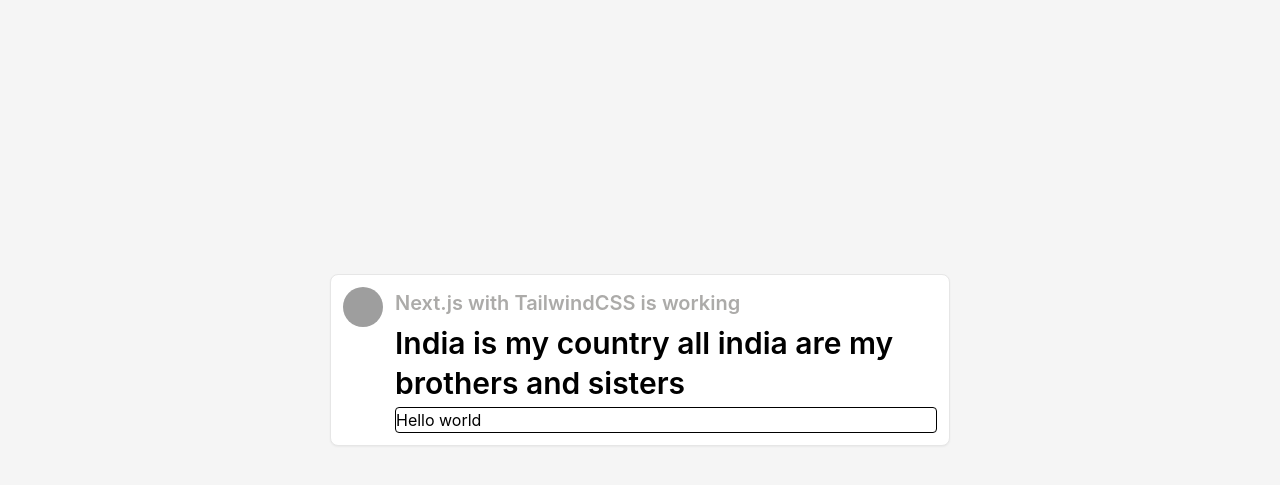
Repository: vignesh33654/resizablesidebar
Page: /
The author's editor kept a copy of each file at every save. The page is drawn from the files as they stood at one save, then again after the next save.
The browser window is 1280 px wide. The pictures show the whole page.
The project was rebuilt for these pictures with package versions that can differ from the ones it lists, and the page was loaded fresh each time.

Above is the page before, as saved 2025-11-11 10:39:29.

### index.html
<!doctype html>
<html lang="en">
  <head>
    <meta charset="UTF-8" />
    <link rel="icon" type="image/svg+xml" href="/vite.svg" />
    <meta name="viewport" content="width=device-width, initial-scale=1.0" />
    <title>ai-app</title>
  </head>
  <body>
    <div id="root"></div>
    <script type="module" src="/src/main.tsx"></script>
  </body>
</html>

### src/index.css
@import "tailwindcss";

@theme {

  --color-text-Primary: #37352f;
  --color-text-Secondary: #898986;
  --color-text-Tertiary: #acaba9;
  --color-text-Disabled: #d5d5d4;
  --color-text-white: #ffffff;

  /* Border Colors */
  --color-border-Primary: #e6e6e6;

  /* Background Colors */
  --color-Bg-0: #ffffff;
  --color-Bg-1: #f5f5f5;
  --color-Bg-2: #f1f0f1;

  /* Primitive Colors */
  --color-color-primary: #0d99ff;
  --color-color-success: #14ae5c;
  --color-color-failure: #f24822;
  --color-color-warning: #ffcd29;

  /* Font Sizes */
  --font-size-h1: 30px;
  --font-size-h2: 24px;
  --font-size-h3: 20px;
  --font-size-body-16: 16px;
  --font-size-body-14: 14px;
  --font-size-body-13: 13px;
  --font-size-small-12: 12px;
  --font-size-small-11: 11px;
  --font-size-small-10: 10px;

  /* Line Heights */
  --line-height-h1: 40px;
  --line-height-h2: 32px;
  --line-height-h3: 32px;
  --line-height-body: 24px;
  --line-height-small: 16px;

  /* Shadows */
  --shadow-sm: 0 1px 2px #0000000d;
  --shadow-md: 0 4px 6px #0000001a;
  --shadow-lg: 0 10px 15px #00000026;

}

/* default css styles */
:root {
  font-family: inter, system-ui;
  background-color: #ffffff;

  font-synthesis: none;
  text-rendering: optimizeLegibility;
  -webkit-font-smoothing: antialiased;
  -moz-osx-font-smoothing: grayscale;

   h1 {
    font-size: var(--font-size-h1);
    line-height: var(--line-height-h1);
    letter-spacing: -2.1%;
    font-weight: 600;
  }

  h2 {
    font-size: var(--font-size-h2);
    line-height: var(--line-height-h2);
    letter-spacing: -1.9%;
    font-weight: 600;
  }

  h3 {
    font-size: var(--font-size-h3);
    line-height: var(--line-height-h3);
    letter-spacing: -1.7%;
    font-weight: 600;
  }

  p {
    font-size: var(--font-size-body-16);
    line-height: var(--line-height-body);
    letter-spacing: -1.1%;
    font-weight: 400;
  }

  text-color {
    --primary: var(--color-text-Primary);
    --secondary: var(--color-text-Secondary);
   --tertiary: var(--color-text-Tertiary);
   --disabled: var(--color-text-Disabled);
   --white: var(--color-text-white);
  }

  bg-color {
    --bg0: var(--color-Bg-0);
    --bg1: var(--color-Bg-1);
    --bg2: var(--color-Bg-2);
    --primary: var(--color-color-primary);
    --success: var(--color-color-success);
    --failure: var(--color-color-failure);
    --warning: var(--color-color-warning);
  }

  font-size {
    --h1: var(--font-size-h1);
    --h2: var(--font-size-h2);
    --h3: var(--font-size-h3);
    --body-16: var(--font-size-body-16);
    --body-14: var(--font-size-body-14);
    --body-13: var(--font-size-body-13);
    --small-12: var(--font-size-small-12);
    --small-11: var(--font-size-small-11);
    --small-10: var(--font-size-small-10);
  }

  border-color {
    --primary: var(--color-border-Primary);
  }
}

### src/App.tsx
const imgAvatar = "http://localhost:3845/assets/33bd599f3caa820c5ba115be2d1ef7b018f59693.svg";

export default function App() {
  return (
    <div className="min-h-screen bg-Bg-1 flex items-center justify-center p-8">
      <div className="bg-Bg-0 border border-border-Primary rounded-lg p-3 flex gap-3 max-w-[620px] shadow-sm">
        {/* Avatar */}
        <div className="shrink-0 w-10 h-10">
          <img
            alt="Avatar"
            className="w-full h-full rounded-full object-cover"
            src={imgAvatar}
          />
        </div>

        {/* Content */}
        <div className="flex flex-col gap-1">
          <h3 className="text-text-Tertiary">
            Next.js with TailwindCSS is working
          </h3>
          <h1 className="text-text-primary "> India is my country all india are my brothers and sisters
          </h1>
        <div className="border border-border-primary rounded ">
          Hello world
        </div>
      </div>
      </div>
    </div>
  )
}

Loaded but not shown: src/main.tsx (common file)

After the next save:
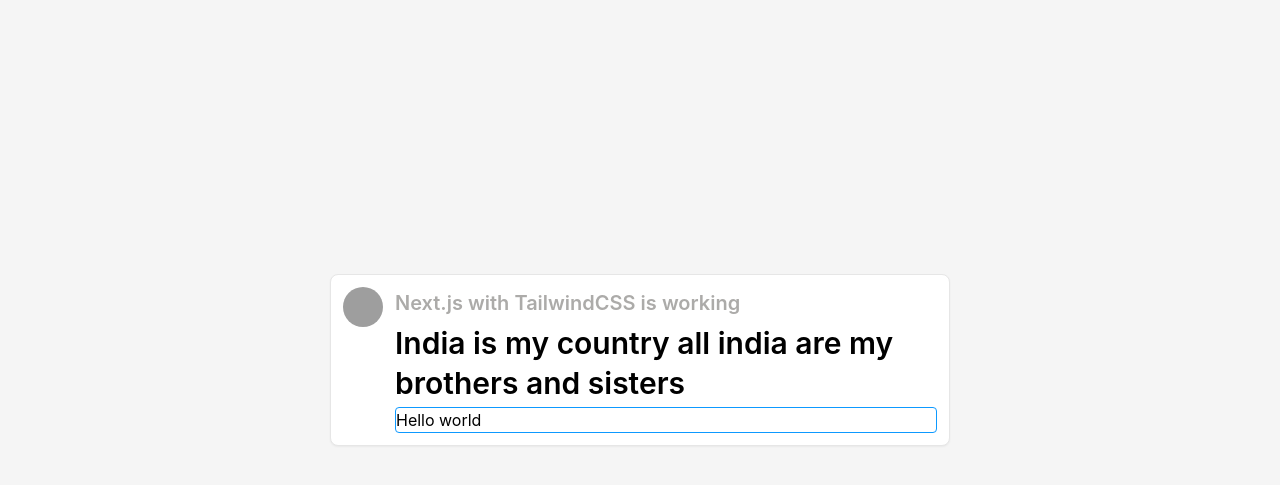
Saved 11 s later.
--- a/src/App.tsx
+++ b/src/App.tsx
@@ -20,7 +20,7 @@
           </h3>
           <h1 className="text-text-primary "> India is my country all india are my brothers and sisters
           </h1>
-        <div className="border border-border-primary rounded ">
+        <div className="border border-color-primary rounded ">
           Hello world
         </div>
       </div>
